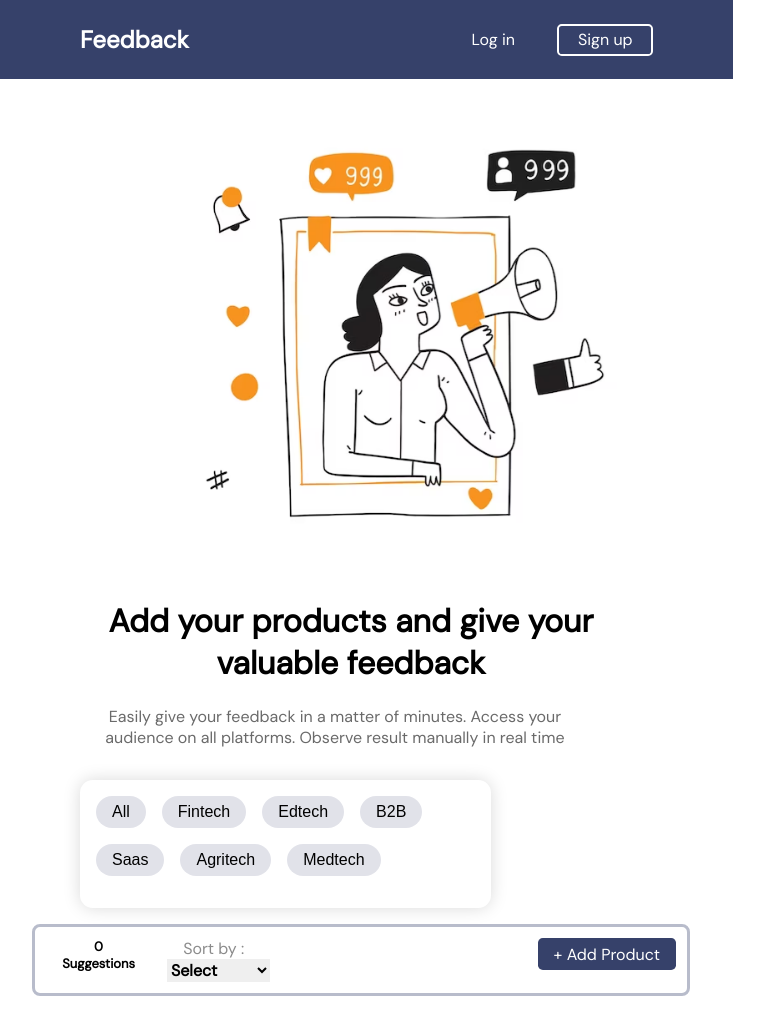
Repository: drumsmanku/final-evaluation-test
Page: / (app in client/)
These files come from the project's save history. The page is drawn as it stood at one moment and after the next save; the edit follows.
The browser window is 768 px wide. The pictures show the whole page.
The page's requests for data from a server got no answer. The project was rebuilt for these pictures with package versions that can differ from the ones it lists, and the page was loaded fresh each time. No one was signed in, and anything a server would have sent is missing. Also part of the build but not shown: client/src/CSS/LoginPopUp.css, client/src/Components/LoginPopUp.js, client/src/CSS/SignupPopUp.css, client/src/Components/SignupPopUp.js, client/src/CSS/AddProductPopUp.css, client/src/Components/AddProductPopUp.js, client/src/Components/CommentsSection.js, client/src/CSS/SignUp.css and 3 more.

Above is the page before, as saved 2023-08-01 07:36:25.

### client/src/App.js
import './App.css';
import { BrowserRouter as Router, Route, Routes} from 'react-router-dom';
import MainPage from './Components/MainPage';
import SignUp from './Components/SignUp';
import Login from './Components/Login';
function App() {
  return (
    <div className="App">
      <Router>
        <Routes>
          <Route path='/' element={<MainPage/>}/>
          <Route path='/signup' element={<SignUp/>}/>
          <Route path='/login' element={<Login/>}/>
        </Routes>
      </Router>
    </div>
  );
}

export default App;

### client/src/Components/MainPage.js
import React, {useState, useEffect, useMemo} from 'react';
import '../CSS/MainPage.css';
import profile from'../Assets/profilepic.webp';
import img1 from '../Assets/frontphoto.png';
import axios from 'axios';
import comments from '../Assets/comments.png';
import { useNavigate } from 'react-router-dom';
import LoginPopUp from './LoginPopUp';
import SignupPopUp from './SignupPopUp';
import AddProductPopUp from './AddProductPopUp';
import CommentsSection from './CommentsSection';
import upvote from '../Assets/upvote.png';
import comment1 from '../Assets/comment1.png';

const buttonTitles=['All', 'Fintech', 'Edtech', 'B2B', 'Saas', 'Agritech', 'Medtech'];
const buttonStyles={
  padding:'0.2rem 1rem 0.2rem 1rem',
  backgroundColor:'#36416A26',
  fontSize:'medium',
  borderRadius:'1rem',
  border:'none',
  margin:'0 1rem 1rem 0',
  height:'2rem',
  textAlign:'center',
}
const productCardsStyles={
  padding:'1rem',

  width:'98%',
  marginBottom:'1rem',
  display: 'flex',
  borderRadius:'0.5rem'
}
const tagStyles={
  paddingRight:'1.3em',
  paddingLeft:'1.3em',
  backgroundColor:'#C0CEFF',
  fontSize:'small',
  borderRadius:'1rem',
  border:'none',
  height:'1.5rem',
  textAlign:'center',
  display:'flex',
  alignItems:'center',
  marginRight:'1rem',
}

function MainPage() {
  const navigate =useNavigate()
  const [categorySet, setCategorySet]=useState([]);
  const [user, setUser] = useState(localStorage.getItem('user'));
  const [isLoggedIn, setIsLoggedIn]=useState(false);
  const [products, setProdcts]=useState([]);
  const [showLoginModal, setShowLoginModal] = useState(false);
  const [showSignupModal, setShowSignupModal] = useState(false);
  const [showAddModal, setShowAddModal] = useState(false);
  const [isVisible, setIsVisible] = useState(false);
  const [commentProductId, setCommentProductId] = useState(null);
  const [sortOption, setSortOption] = useState('Select');


  useEffect(()=>{
    const User=localStorage.getItem('user');
    if(User){
      setIsLoggedIn(true);
    }

  }, []);




  const handleLogin = () => {
    setShowLoginModal(true);
  };
  const handleSignup = () => {
    setShowSignupModal(true);
  };
  const handleAdd = () => {
    if (isLoggedIn) {
      setShowAddModal(true);
    } else {
      setShowSignupModal(true);
    }
  };

  const handleShowComments = (productId) => {
    setCommentProductId(productId);
  };
  const handleLogout=()=>{
    localStorage.removeItem('user');
    setIsLoggedIn(false);
    navigate('/login');
  }
  const handleCategoryClick=(event)=>{
    const currentCat=event.target.value;
    if(!categorySet.includes(currentCat)){
      setCategorySet([...categorySet, event.target.value]);
      event.target.style.backgroundColor="#36416A"
    }
    else{
      setCategorySet(categorySet.filter(cat=>cat!=currentCat))
      event.target.style.backgroundColor="#36416A26"
    }

  }

  useEffect(()=>{
    const category=categorySet
    axios.get(`http://localhost:4000/get-prods?category=${category.join(',')}`)
    .then((res)=>{setProdcts(res.data.products);console.log(res.data.products)})
    .catch(err=>console.log(err))

  }, [categorySet]);

  const handleUpvotes=(prodId, event)=>{

    axios.post('http://localhost:4000/add-upvote', {
      productId: prodId,
      upvoteCount:1,
    })
    .then(window.location.reload())
    .catch(err=>console.log(err))
  }

  const sortedProducts = useMemo(() => {
    if (sortOption === 'upvotes') {
      return [...products].sort((a, b) => (b.upvoteCount || 0) - (a.upvoteCount || 0));
    } else if (sortOption === 'comments') {
      return [...products].sort((a, b) => (b.commentsCount || 0) - (a.commentsCount || 0));
    }
    return products;
  }, [products, sortOption]);



  return (
    <div className='main-container'>
      <div className="main-top-container">
        <div className='navbar' >
          <div style={{display:'flex',width:'100%', justifyContent:' space-between', alignItems:'center',}}>
          <h3 style={{marginLeft:'5rem', color:'white', fontSize:'1.5rem'}}>Feedback</h3>
          <div style={{display:'flex', marginRight:'5rem'}}>
              {isLoggedIn ? (
                <>
                  <button className='login-button-navbar' style={{background:'none', fontSize:'large', border:'none', fontFamily:'DM Sans', color:'white'}} onClick={handleLogout}>Logout</button>
                  <span className='user-name' style={{color:'white', fontFamily:'DM Sans', fontSize:'large', display:'flex', alignItems:'center', marginLeft:'1rem'}}>Hello! {user}</span>
                  <img src={profile} alt="" height={50} width={50} style={{borderRadius:'100%', marginLeft:'1rem'}} />
                </>
              ) : (
                <>
                   <button className="btn-main-page-login" type="submit" onClick={()=>{navigate('/login')}}>
                    Log in
                  </button>
                  <button type='submit'  className='btn-main-page-register' onClick={()=>{navigate('/signup')}} >Sign up</button>
                </>
              )}



            </div>
          </div>
        </div>
        <div className="title-desc">
          <img src={img1} alt="" height={500} style={{marginLeft:'3rem'}}/>
          <div className='both-texts' style={{display:'flex', flexDirection:'column', marginLeft:'2rem'}}>
              <h1 className='main-heading' style={{maxWidth:'80%'}}> Add your products and give your valuable feedback</h1>
              <span style={{maxWidth:'75%', color:'#6A6A6A'}}>Easily give your feedback in a matter of minutes. Access your audience on all platforms. Observe result manually in real time</span>
          </div>
        </div>
      </div>
      <div className="main-bottom-container">
        <div className="bottom-left">
          <article className='apply-filter' style={{backgroundColor:'#36416A', width:'74%', color:'white', paddingTop:'2rem', borderRadius:'0.8rem', marginBottom:'2rem'}}>
            <h2 style={{marginBottom:'0.4rem',marginLeft:'1rem'}}>Feedback</h2>
            <h5 style={{marginTop:0, marginLeft:'1rem'}}>Apply Filter</h5>
          </article>
          <article className='mapped-cats'style={{width:'65%', borderRadius:'0.8rem', padding:'1em', boxShadow:'0 0 17px #00000026',}}>
             {buttonTitles.map((title, idx)=>(
              <button value={title} onClick={handleCategoryClick} style={{...buttonStyles}} key={idx}>{title}</button>
             ))}
          </article>
        </div>
        <div className="bottom-right">
          <div className='bottom-top-right'>
            <div style={{display:'flex', width:'30%', justifyContent:'space-between',marginLeft:'1rem'}}>
              <span className='suggestions' style={{ fontWeight:'bold', }}>{products.length} Suggestions</span>
              <span>
                <label style={{ fontSize: 'medium', color: '#8B8B8B', marginRight:'0.6rem' }} htmlFor="sort">Sort by :</label>
                <select className='select' style={{border:'none', outline:'none', fontFamily:'DM Sans', fontSize:'medium', fontWeight:'bold'}} value={sortOption} onChange={(e) => setSortOption(e.target.value)}>
                  <option value="Select">Select</option>
                  <option value="upvotes">Upvotes</option>
                  <option value="comments">Comments</option>
                </select>
              </span>
            </div>
            <button className='add-product-button' onClick={handleAdd}>+ Add Product</button>
          </div>
          {showLoginModal && <LoginPopUp closeModal={() => setShowLoginModal(false)} showLoginModal={showLoginModal} setShowSignupModal={setShowSignupModal} />}
          {showSignupModal && (
              <SignupPopUp
                closeModal={() => setShowSignupModal(false)}
                showSignupModal={showSignupModal}
                setShowLoginModal={setShowLoginModal}
              />
            )}
          {isLoggedIn ? (
            showAddModal && (
              <AddProductPopUp
                closeModal={() => setShowAddModal(false)}
                showAddModal={showAddModal}
              />
            )
          ) : (
            showSignupModal && (
              <SignupPopUp
                closeModal={() => setShowSignupModal(false)}
                showSignupModal={showSignupModal}
                setShowLoginModal={setShowLoginModal}
              />
            )
          )}


          <div className="product-cards">
            {
              sortedProducts.map((product, key)=>(
                <div className='main-card-container-div' style={{display:'flex', flexDirection:'column', backgroundColor:'#36416A26',marginBottom:'1rem',borderRadius:'0.5rem', padding:'0 1rem 0 1rem'}}>
                  <div style={{...productCardsStyles}}>
                    <div className='logo' style={{width:'10%'}}>{product.logoURL}</div>
                    <div style={{display:'flex', justifyContent:'space-between', width:"90%"}}>
                      <div className="card-main-info">
                        <h2 style={{marginTop:0, marginBottom:'0.5rem', color:'#36416A'}}>{product.companyName}</h2>
                        <span style={{marginBottom:'1rem'}}>{product.description}</span>
                        <div style={{display:'flex', width:'40%', justifyContent:'space-between'}}>
                          <div style={{display:'flex'}}>
                            {product.category.map((catTitle, idx)=>(
                              <span style={{...tagStyles}}>{catTitle}</span>
                            ))}
                          </div>
                          <button className='comments-button' onClick={() => handleShowComments(product._id)}> <img style={{marginRight:'0.3rem'}} src={comments} alt="" height={25}  />Comment</button>
                        </div>
                      </div>
                      <div className="upvotes">
                        <div className="upvote-container">
                          <button onClick={()=>{handleUpvotes(product._id)}} style={{background:'none', outline:'none', border:'none', cursor:'pointer'}}><img style={{}} src={upvote} alt="" /></button>
                          <span>{product.upvoteCount || 0}</span>
                        </div>
                        <div className='comments-and-edit' style={{height:'50%', display:'flex', alignItems:"center", width:'230%'}}>
                          {isLoggedIn && (<button className='edit-popup-button' type="submit" style={{ cursor:'pointer'}} >Edit</button>)}
                          <div className="comment-count" style={{}}>
                            {product.commentsCount || 0}
                            <img src={comment1} alt="" height={20} style={{marginLeft:'0.2rem'}} />
                          </div>

                        </div>
                      </div>
                    </div>
                  </div>
                  {commentProductId === product._id && <CommentsSection productId={product._id}   />}
                </div>

              ))
            }
          </div>
        </div>
      </div>
    </div>
  )
}

export default MainPage

### client/src/CSS/MainPage.css
@import url('https://fonts.googleapis.com/css2?family=DM+Sans&display=swap');

body{
  font-family: 'DM Sans';
}
.main-container{
  height: 100vh;
  width: 98vw;
  display: flex;
  flex-direction: column;

}
.main-top-container{
  width: 100.5%;
}
.btn-main-page-login{
  height: 2rem;
  width: 6rem;
  font-weight: 500;
  font-size: medium ;
  background: none;
  border: none;
  border-radius: 0.3rem;
  margin-left: 1rem;
  margin-bottom:0;
  color: white;
  font-family: 'DM Sans';
  cursor: pointer;
}
.btn-main-page-register{
  height: 2rem;
  width: 6rem;
  font-size: medium;
  font-weight: 500;
  background-color: #36416A;
  border: 2px solid white;
  border-radius: 0.3rem;
  margin-left: 1rem;
  margin-bottom:0;
  color: white;
  font-family: 'DM Sans';
  cursor: pointer;
}
.navbar{
  width: 100%;
  background-color: #36416A;
}
.title-desc{
  width: 100%;
  display: flex;
  align-items: center;
  justify-content: space-around;

}
.bottom-left{
  width: 20%;
  display: flex;
  flex-direction: column;
  align-items: center;
  margin-left: 2rem;

}
.mapped-cats{
  width:65%;
  border-radius:0.8rem;
  padding:1em;
  box-shadow:0 0 17px #00000026;
}
.bottom-right{
  width: 75%;
}
.main-bottom-container{
  width:100%;
  display: flex;
}
.bottom-top-right{
  width: 98%;
  display: flex;
  justify-content: space-between;
  border: 3px solid #36416A59;
  padding: 0.7rem;
  border-radius: 0.5rem;

}
.add-product-button{
  height: 2rem;
  font-size: medium;
  font-weight: 500;
  background-color: #36416A;
  border:none;
  border-radius: 0.3rem;
  margin-left: 1rem;
  margin-bottom:0;
  color: white;
  font-family: 'DM Sans';
  cursor: pointer;
  padding-left: 1em;
  padding-right: 1em;
}
.product-cards{
  width: 100%;
  display: flex;
  padding-top: 2rem;
  flex-direction: column;
}
.card-main-info{
  width: 100%;
  display: flex;
  flex-direction: column;
}
.comments-button{
  color: #ABABAB;
  border: none;
  outline: none;
  background: none;
  font-size: small;
  letter-spacing: 0.1rem;
  display:flex;
  align-items: center;
  cursor: pointer;
}
.upvotes{
  width: 10%;
  display: flex;
  flex-direction: column;
  align-items: center;
  justify-content: space-between;
}
.upvote-container{
  display: flex;
  flex-direction: column;
  justify-content: space-between;
  padding: 0.5rem 0.2rem 0.5rem 0.2rem;
  background-color: #C7CBD6;
  border-radius:1rem;
  align-items: center;
}
.comment-count{
  display: flex;
  align-items: center;

  height: 100%;
  width: 100%;
  margin-left: 1rem;
}
.edit-popup-button{
  padding-left: 1.7rem;
  padding-right: 1.7rem;
  color: white;
  height: 2rem;
  font-size: medium;
  border-radius: 1rem;
  border: none;
  background-color: #36416A;

}
@media (max-width: 768px) {
  .main-container {
    flex-direction: column;
    width: 95vw;
  }
  .title-desc{
    flex-direction: column;
  }
  .both-texts{
    margin-bottom: 2rem;
    padding-left: 4rem;
  }
  .apply-filter{
    display: none;
  }
  .main-heading{
    max-width: 90%;
  }
  .main-bottom-container{
    flex-direction: column;
    justify-content: center;
  }
  .mapped-cats{
    display: flex;
    width: 120%;
    margin-bottom: 1rem;
    flex-wrap: wrap;
  }
  .bottom-left{
    width: 80%;
    display: flex;
    flex-direction: row;
    padding-left: 3rem;
  }
  .bottom-top-right{
    width: 82vw;
    font-size: small;
    margin-left: 2rem;
  }
  .suggestions{
    width: 100%;
    margin-right: 2rem;
  }
  .product-cards{
    width: 90vw;
  }
  .main-card-container-div{
    width: 90%;
    font-size: small;
    margin-left: 2rem;

  }
  .comments-and-edit{
    display: block;
    flex-wrap: wrap;
  }
  .edit-popup-button{
    font-size: small;
    padding-left: 1rem;
    padding-right: 1rem;
    margin-top: 0.7rem;
  }
  .user-name{
    justify-content: center;
    text-align: center;
    margin-left: 0rem;
  }
  .login-button-navbar{
    margin-left: 1rem;
  }


}
@media (max-width: 480px) {
  .main-container {
    flex-direction: column;
  }
  .title-desc{
    flex-direction: column;
  }
}

Loaded but not shown: client/public/index.html (common file); client/src/index.js (common file); client/src/index.css (common file); client/src/App.css (common file)

After the next save:
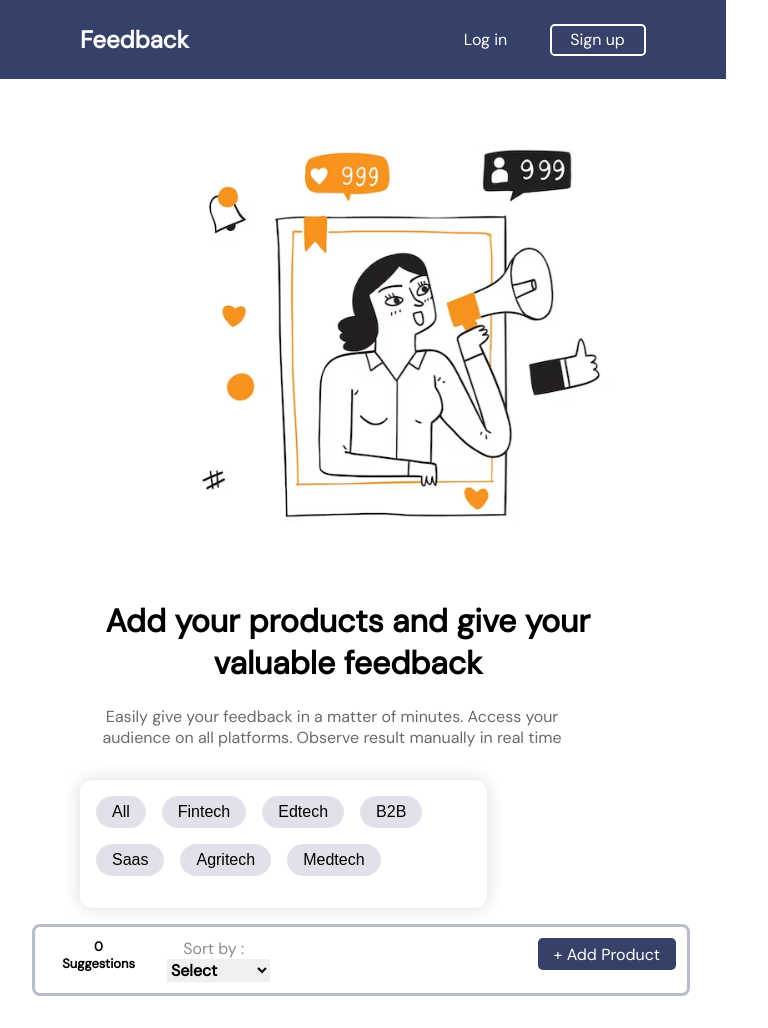
Saved 6 s later.
--- a/client/src/CSS/MainPage.css
+++ b/client/src/CSS/MainPage.css
@@ -157,7 +157,7 @@ body{
 @media (max-width: 768px) {
   .main-container {
     flex-direction: column;
-    width: 95vw;
+    width: 94vw;
   }
   .title-desc{
     flex-direction: column;
